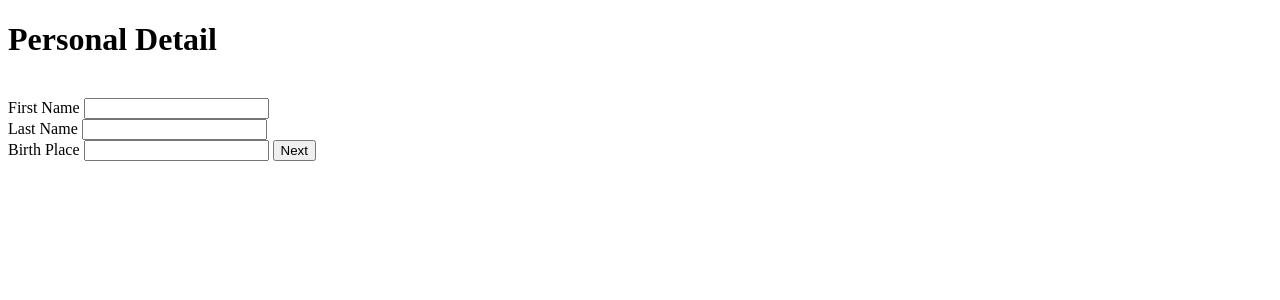
Repository: gotoharjeet/s2
Page: sessionDemo/src/main/webapp/one.html
These files come from the project's save history. The page is drawn as it stood at one moment and after the next save; the edit follows.
The browser window is 1280 px wide. The pictures show the whole page.

Above is the page before, as saved 2022-05-26 15:06:49.

After the next save:
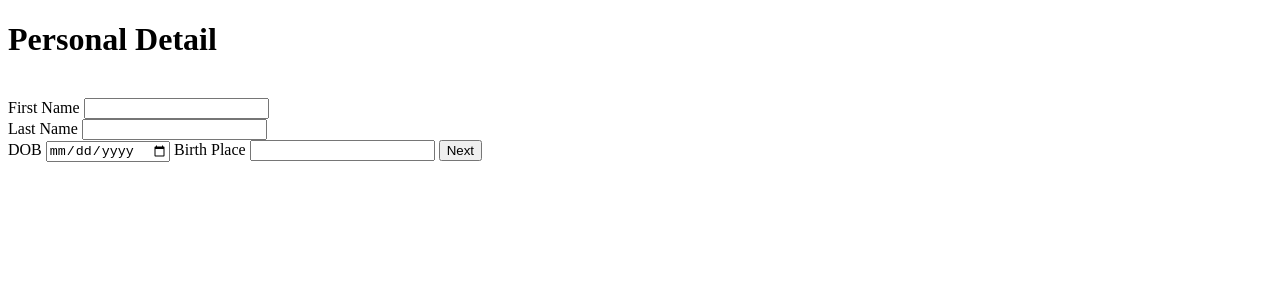
Saved 59 min 35 s later.
--- a/sessionDemo/src/main/webapp/one.html
+++ b/sessionDemo/src/main/webapp/one.html
@@ -8,7 +8,7 @@
 	<h1>Personal Detail</h1><br/>
 	First Name <input type="text" name="fname"><br/>
 	Last Name <input type="text" name="lname"><br/>
-<!-- 	DOB <input type="date" name="dob" required pattern="\d{2}-\d{2}-\d{4}><br/> -->
+    DOB <input type="date" name="dob" required pattern="\d{2}-\d{2}-\d{4}">
 	Birth Place <input type="text" name="bplace">
 	<input type="submit" value="Next">
 </body>
